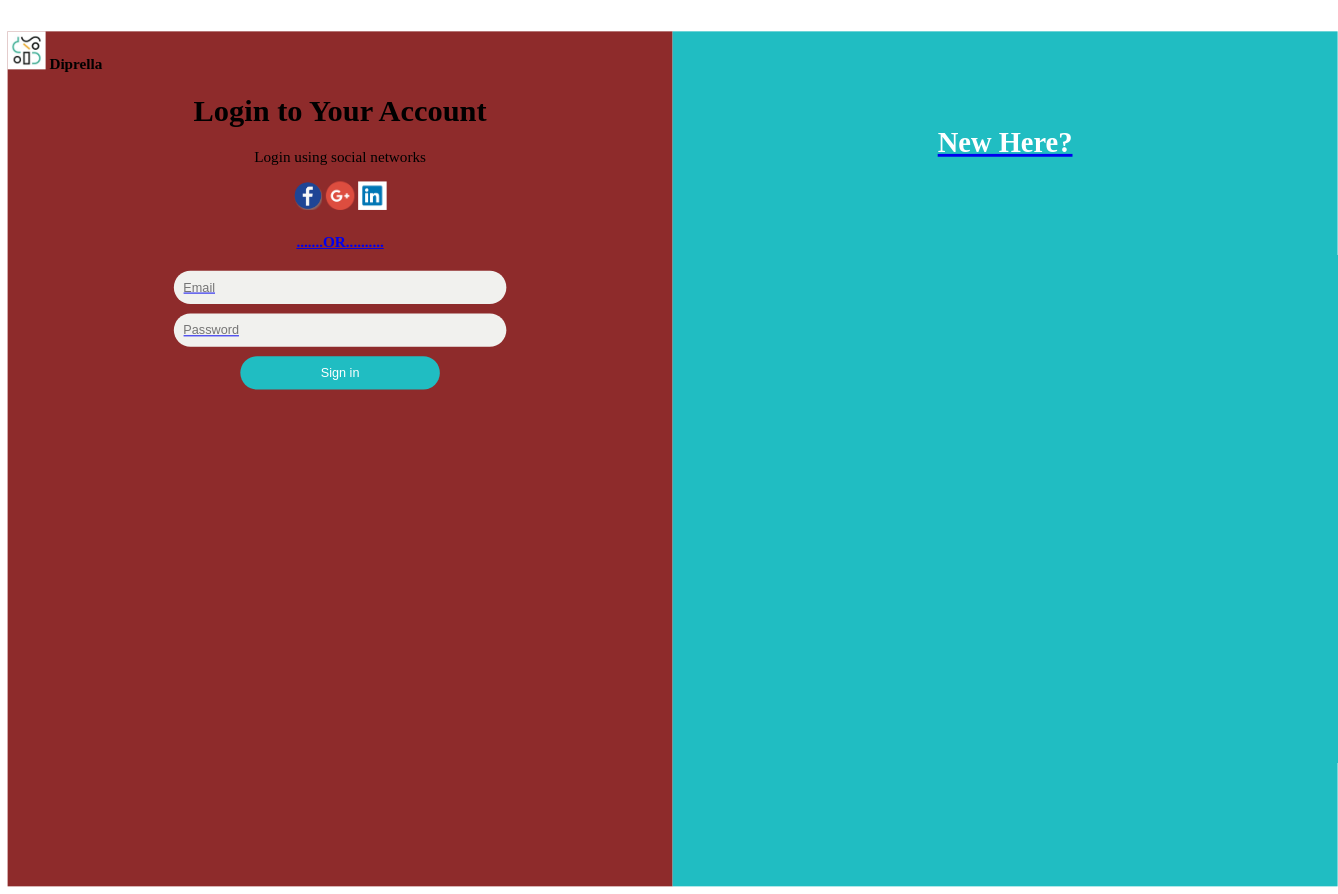
Repository: Tobby004/bdc-assignment-3
Page: task.html
These files come from the project's save history. The page is drawn as it stood at one moment and after the next save; the edit follows.
The browser window is 1280 px wide. The page is 1408 px wide, then 1308 px, so the pictures cover 1408 px, including what lies to the right of the window. The pictures show the whole page, at 95% of full size.

Above is the page before, as saved 2023-02-22 01:59:03.

### task.html
<!DOCTYPE html>
<html lang="en_us">
<head>
    <meta charset="UTF-8">
    <meta http-equiv="X-UA-Compatible" content="IE=edge">
    <meta name="viewport" content="width=device-width, initial-scale=1.0">
    <title>Document</title>
    <link rel="stylesheet" href="task.css">
</head>
<body>
    <div class="box-container">
        <div class="box1">
        <header id="logo"><img src="diprella.JPG"height="40px">
        <b>Diprella</b></header>
        <h1>Login to Your Account</h1>
        <p>Login using social networks</p>
        <div class="logo">
        <a href="#"><img src="facebook.png"</a>
        <a href="#"><img src="googe plus.png"</a>
        <a href="#"><img src="linkedin.png"</a>
        </div>
        <h4>.......OR..........</h4>
        <div class="form-input">
        <input type="text" placeholder="Email">
       <center></center> <input type="Password" placeholder="Password">
        <center><button>Sign in</button></center>
        </div>
        </div>
        <div class="box2">
        <h2>New Here?</h2>
        </div>
    </div>
</body>
</html>

### task.css
* {
    box-sizing: border-box;
}
.box-container {
    display: flex;
    max-width: 1000px;
}
.box1 {
    background-color: rgb(142, 43, 43);
    height: 900px;
    max-width: 700px;
    width: 900%;
    margin-top: auto;
}
.box2{
    background-color: #20bdc2;
    width: 400%;
    height: 900px;
    max-width: 700px;
    margin-bottom: auto;
}
h1 {
    text-align: center;
}
p {
    text-align: center;
}
.logo img {
    height: 30px;
    text-align: center;
}
.logo a {
    text-decoration: none;
}
div .logo {
    text-decoration: none;
    text-align: center;
}
h4 {
    text-align: center;
}

input  {
  display: flex;
  background-color: rgb(241, 241, 238);
  max-width: 800px;
  width: 50%;
  padding: 10px;
  border: none;
  margin-bottom: 10px;
  border-radius: 20px;
  margin-left: auto;
  margin-right: auto;
}
 button {
    width: 30%;
    border-radius: 30px;
    border: none;
    padding: 10px;
    color: white;
    background-color: #20bdc2;
}
.box2 h2 {
    color: white;
    padding: 100px;
    text-align: center;
    font-size: large;
    font-size: 30px;
    margin-top: ;

}

After the next save:
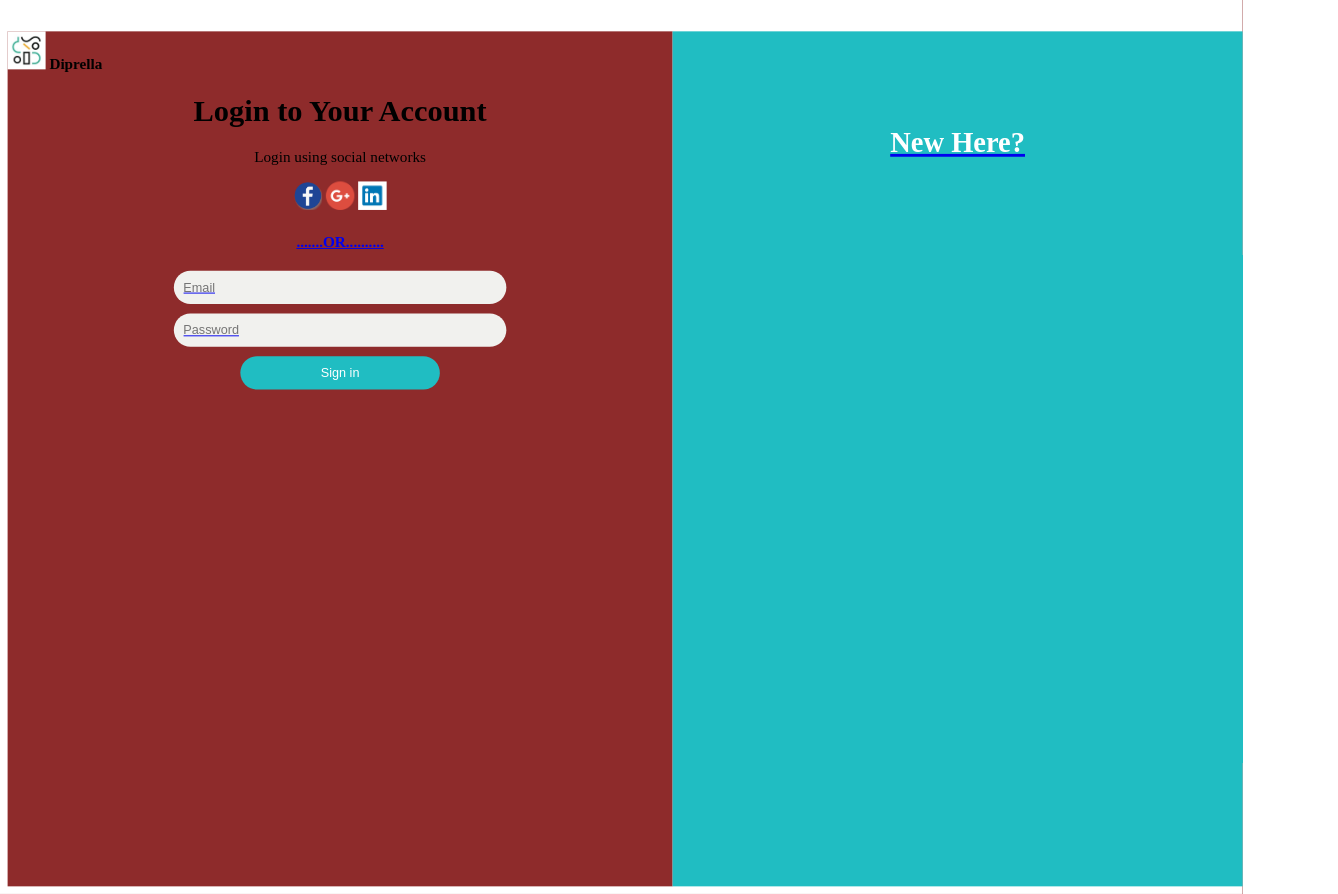
Saved 25 s later.
--- a/task.css
+++ b/task.css
@@ -16,7 +16,7 @@
     background-color: #20bdc2;
     width: 400%;
     height: 900px;
-    max-width: 700px;
+    max-width: 600px;
     margin-bottom: auto;
 }
 h1 {
